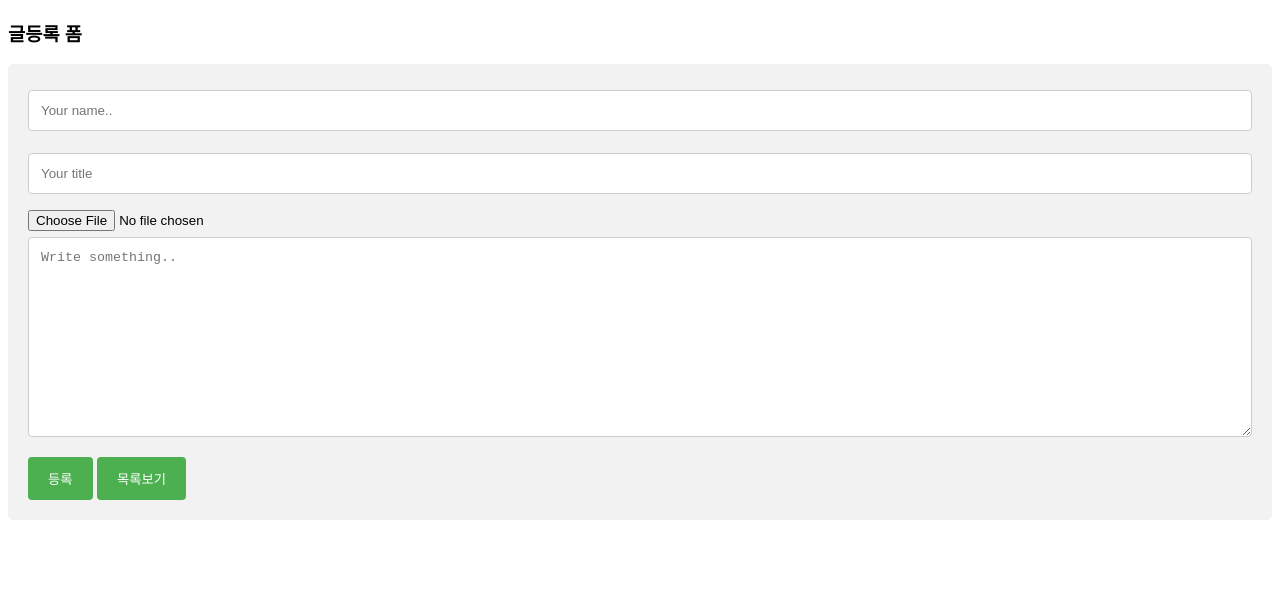
Repository: SyngyeonTak/javaee_workspace
Page: http://localhost/MySite/board/regist_form.jsp
An editor plug-in stored every save of this project. The page is shown before and after the next save, followed by the edit.
The browser window is 1280 px wide. The pictures show the whole page.
The page is served by Tomcat 9. Other server files are loaded and not shown.

Above is the page before, as saved 2020-12-11 02:17:43.

### MySite/WebContent/board/regist_form.jsp
<%@ page contentType="text/html;charset=utf-8"%>
<!DOCTYPE html>
<html>
<head>
<meta name="viewport" content="width=device-width, initial-scale=1">
<style>
body {font-family: Arial, Helvetica, sans-serif;}
* {box-sizing: border-box;}

input[type=text], select, textarea {
  width: 100%;
  padding: 12px;
  border: 1px solid #ccc;
  border-radius: 4px;
  box-sizing: border-box;
  margin-top: 6px;
  margin-bottom: 16px;
  resize: vertical;
}

input[type=button] {
  background-color: #4CAF50;
  color: white;
  padding: 12px 20px;
  border: none;
  border-radius: 4px;
  cursor: pointer;
}

input[type=button]:hover {
  background-color: #45a049;
}

.container {
  border-radius: 5px;
  background-color: #f2f2f2;
  padding: 20px;
}
</style>
<script src="https://ajax.googleapis.com/ajax/libs/jquery/3.5.1/jquery.min.js"></script>
<script>
$(function(){
	var bt_regist = $("input[type='button']")[0];
	var bt_list = $("input[type='button']")[1];

	$(bt_regist).click(function(){
		alert("등록");

	});

	$(bt_list).click(function(){

	});

});

function regist(){
	$()
}
</script>
</head>
<body>

<h3>글등록 폼</h3>

<div class="container">
  <form>
    <input type="text" name="writer" placeholder="Your name..">

    <input type="text" name="title" placeholder="Your title">
    <input type="file" name="photo">

    <textarea name="content" placeholder="Write something.." style="height:200px"></textarea>

    <input type="button" value="등록">
    <input type="button" value="목록보기" onClick = "location.href = 'list.jsp'">
  </form>
</div>

</body>
</html>

After the next save:
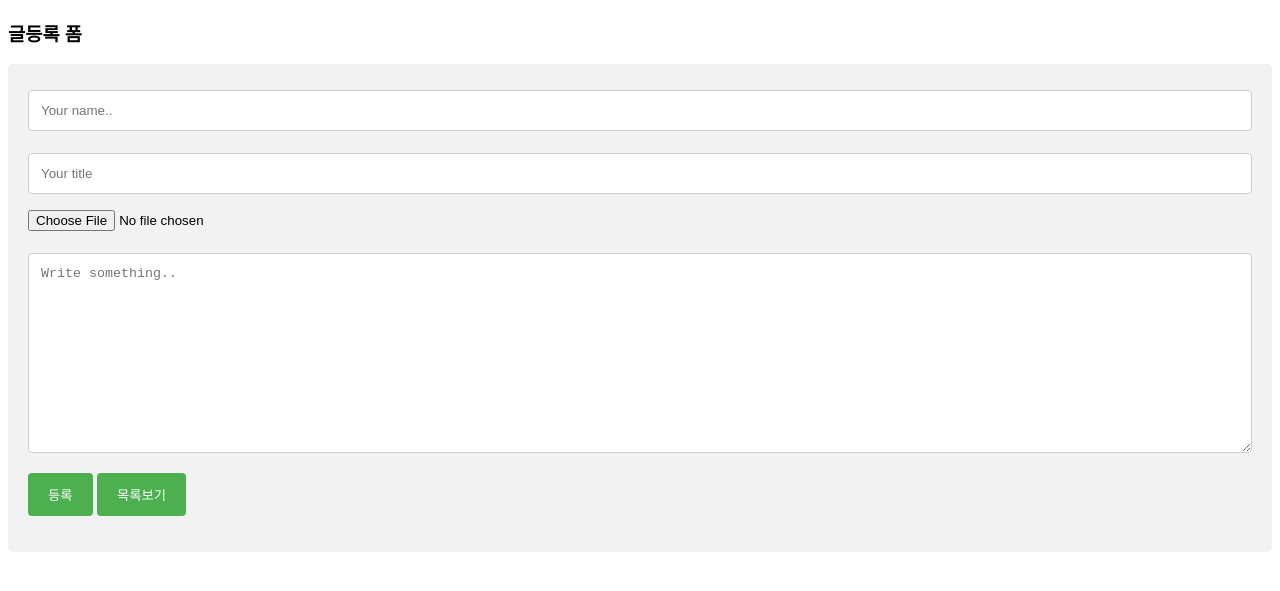
Saved 39 s later.
--- a/MySite/WebContent/board/regist_form.jsp
+++ b/MySite/WebContent/board/regist_form.jsp
@@ -68,7 +68,7 @@ function regist(){
     <input type="text" name="writer" placeholder="Your name..">
 
     <input type="text" name="title" placeholder="Your title">
-    <input type="file" name="photo">
+    <input type="file" name="photo"><p>
 
     <textarea name="content" placeholder="Write something.." style="height:200px"></textarea>
 
